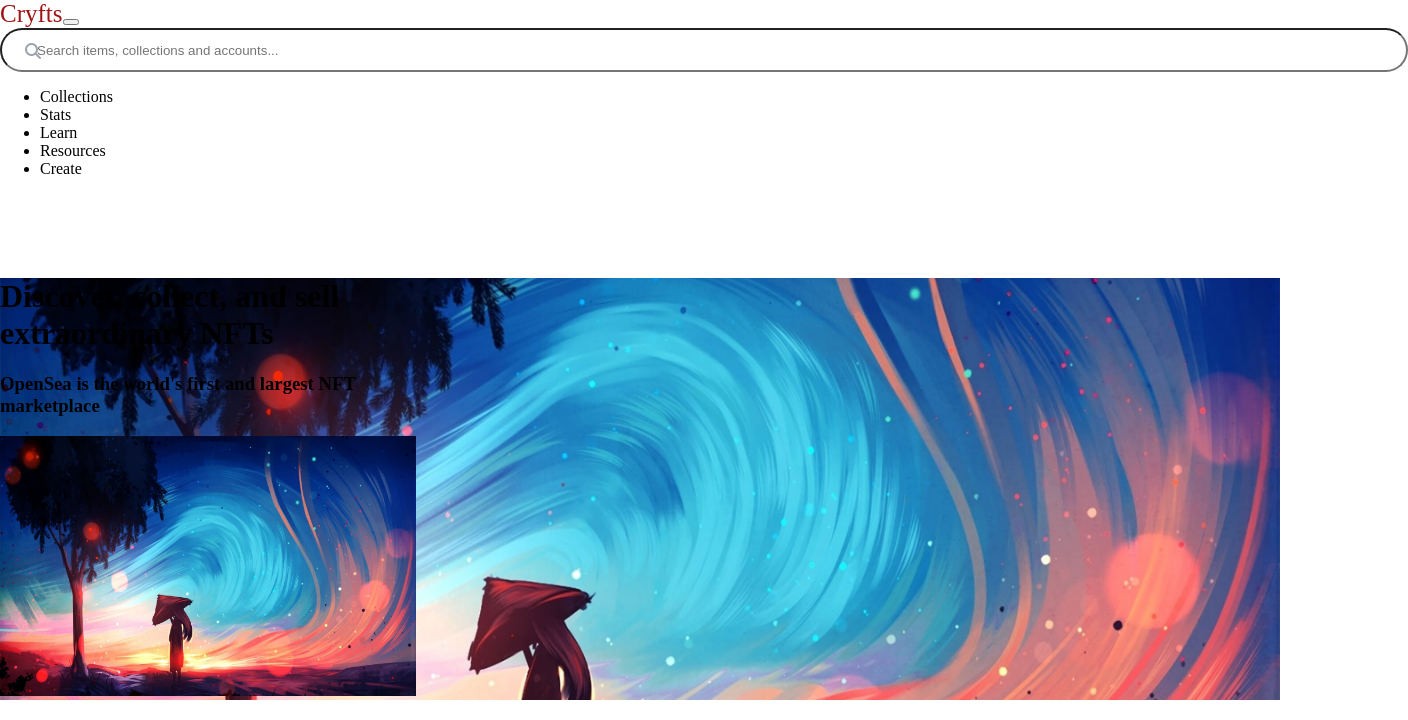
Repository: Huzaifa-2609/opensea_project
Page: /
The author's editor kept a copy of each file at every save. The page is drawn from the files as they stood at one save, then again after the next save.
The browser window is 1280 px wide. The page is 1408 px wide, so the pictures cover 1408 px, including what lies to the right of the window. The pictures show the whole page.
Some web libraries are served in a nearby version. The project was rebuilt for these pictures with package versions that can differ from the ones it lists, and the page was loaded fresh each time. The framework's server and built-in components were replaced by stand-ins that run in the browser. Also part of the build but not shown: next.config.js, styles/Home.module.css.

Above is the page before, as saved 2022-07-09 18:04:22.

### pages/_app.js
import Navbar from '../components/Navbar'
import '../styles/globals.css'
import Head from "next/head"
import Script from 'next/script'
import "../styles/hero.css"
function MyApp({ Component, pageProps }) {
  return(
    <>
    <Script src="https://kit.fontawesome.com/30bda3e318.js" crossorigin="anonymous"></Script>
    <Script src="https://cdn.jsdelivr.net/npm/bootstrap@5.2.0-beta1/dist/js/bootstrap.bundle.min.js" integrity="sha384-pprn3073KE6tl6bjs2QrFaJGz5/SUsLqktiwsUTF55Jfv3qYSDhgCecCxMW52nD2" crossOrigin="anonymous"></Script>
    <Navbar title={"Cryfts"}/>
  <Component {...pageProps} />
  </>
  )
}

export default MyApp

### pages/_document.js
import { Html, Head, Main, NextScript } from 'next/document'

export default function Document() {
  return (
    <Html>
      <Head>
      <link href="https://cdn.jsdelivr.net/npm/bootstrap@5.2.0-beta1/dist/css/bootstrap.min.css" rel="stylesheet" integrity="sha384-0evHe/X+R7YkIZDRvuzKMRqM+OrBnVFBL6DOitfPri4tjfHxaWutUpFmBp4vmVor" crossOrigin="anonymous"/>
      </Head>
      <body>
        <Main />
        <NextScript />
      </body>
    </Html>
  )
}

### pages/index.js
import Head from 'next/head'
import Image from 'next/image'
import Hero from '../components/Hero'
import styles from '../styles/Home.module.css'

export default function Home() {
  return (
    <>
    <div>
      <Head>
        <title>Create Next App</title>
        <meta name="description" content="Generated by create next app" />
        <link rel="icon" href="/favicon.ico" />
      </Head>
         </div>
      <Hero/>
      </>
  )
}

### components/Navbar.js
import React from 'react'
import Link from 'next/link'
import { useRouter } from 'next/router'
const Navbar = (props) => {
  const location=useRouter();
  return (
    <div>
      <nav className="navbar shadow-sm fixed-top navbar-expand-lg navbar-light">
  <div className="container-fluid">
    <a className="navbar-brand text-color fw-bolder ml-2" href="/">{props.title}</a>
    <button className="navbar-toggler" type="button" data-bs-toggle="collapse" data-bs-target="#navbarSupportedContent" aria-controls="navbarSupportedContent" aria-expanded="false" aria-label="Toggle navigation">
      <span className="navbar-toggler-icon"></span>
    </button>

    <div className="collapse navbar-collapse" style={{width:"50%"}} id="navbarSupportedContent">

            <div className="row height d-flex justify-content-center align-items-center">

                <div className="form">
                  <i className="fa fa-search"></i>
                  <input type="text" className="form-control form-input" placeholder="Search items, collections and accounts..."/>
                </div>

            </div>


      <ul className="navbar-nav gap-4 m-auto mb-2 mb-lg-0 fw-bold" style={location.pathname==="/signup"?{visibility:"hidden"}:{}}>
      <li className="nav-item">
          <Link href="/collections/0x7132e1d414161A232c2027aE6C66D7914649bA66"><a className="nav-link " aria-current="page" >Collections</a></Link>
        </li>
        <li className="nav-item">
          <Link href="/"><a className="nav-link" aria-current="page" >Stats</a></Link>
        </li>
        <li className="nav-item">
          <Link href="/"><a className="nav-link " >Learn</a></Link>
        </li>

        <li className="nav-item dropdown">
          <Link href="/"><a className="nav-link dropdown-toggle pe-none"  id="navbarDropdown" role="button" data-bs-toggle="dropdown" aria-expanded="false">
            Resources
          </a></Link>
          <ul className="dropdown-menu" aria-labelledby="navbarDropdown">
            <li><Link href="/"><a className="dropdown-item" >Action</a></Link></li>
            <li><Link href="/"><a className="dropdown-item" >Another action</a></Link></li>
            <li><hr className="dropdown-divider"/></li>
            <li><Link href="/"><a className="dropdown-item" >Something else here</a></Link></li>
          </ul>
        </li>
        <li className="nav-item">
          <Link  href="/"><a className="nav-link">Create</a></Link>
        </li>
      </ul >
      {/* <form className="d-flex" role="search">
        <ul className="navbar-nav gap-3 media" style={location.pathname==="/signup"?{display:"none"}:{}}>
      <li className="nav-item float-right">
          <Link href="/login"><a className="nav-link"  >Sign in</a></Link>
    </li>
      <li className="nav-item mx-2">
    <Link href='/signup'><a className="btn btn1 btn-primary bd-color bg-color"  style={location.pathname==="/signup"?{display:"none"}:{}} type="submit">Get Started</a></Link>
    </li>
        </ul>
      </form> */}
    </div>
  </div>
</nav>
    </div>
  )
}

export default Navbar

### styles/globals.css
:root {
  --light: #9f1313;
  --dark: #8d1212;
}
html,
body {
  padding: 0;
  margin: 0;
  /* font-family: -apple-system, BlinkMacSystemFont, Segoe UI, Roboto, Oxygen,
    Ubuntu, Cantarell, Fira Sans, Droid Sans, Helvetica Neue, sans-serif; */
}

a {
  color: inherit;
  text-decoration: none;
}

* {
  box-sizing: border-box;
}
@media all and (min-width: 992px) {
  .navbar .nav-item .dropdown-menu{ display: none; }
  .navbar .nav-item .nav-link{ border-bottom:3px solid white;  }
  .navbar .nav-item:hover .nav-link{ border-bottom:3px solid var(--light);  }
  .navbar .nav-item:hover .dropdown-menu{ display: block; }
  .navbar .nav-item .dropdown-menu{ margin-top:0; }


}
@media all and (max-width: 992px){
  .pic{display: none;}
  .signup-cls{   margin-top: 15% !important;}
  .signin-cls .card{border:none; box-shadow: none !important;}
  .media{display: none;}
  .empass{flex-direction: column ;}
}

nav {
  /* border-bottom:1px solid #ede4e4; */
  background-color: white;
}
.comp1{
  width: 22rem;
  border: none;

}
.comp{
  margin: 90px 0px;
}
.text-color{
  color: var(--dark);
}
.bg-color{
  background-color: var(--dark);
}
.btn1:hover{
  background-color: var(--light);
  border-color: var(--dark);

}
.bd-color{
  border-color: var(--dark);
}
.navbar-light .navbar-brand{
  color: var(--dark);
}
.navbar-light .navbar-brand:hover{
  color: var(--light);
}
.navbar-brand{
  font-size: 25px;
}
.link-hover :hover{
  color: var(--dark);
}
.form-check-label-color{
  color: var(--dark);
}
.form-outline{
  width: 75%!important;
}
.form-control:focus {
  border-color: #ced4da;
  box-shadow: none!important;
}

/* Navbar search css */
.form{
  position: relative;

}

.form .fa-search{

  position: absolute;
  top:15px;
  left: 25px;
  color: #9ca3af;

}

.form span{

  position: absolute;
  right: 17px;
  top: 13px;
  padding: 2px;
  border-left: 1px solid #d1d5db;

}

.left-pan{
  padding-left: 7px;
}

.left-pan i{

 padding-left: 10px;
}

.form-input{
  width: 220%;
  height: 44px;
  text-indent: 33px;
  border-radius: 40px;
}

.form-input:focus{

  box-shadow: none;
  border:none;
}

### styles/hero.css
/* .body{
} */
.bg{
    background: url("../public/nftbg.jpg") no-repeat center center/cover;
}

### components/Hero.js
import React from "react";
import Image from "next/image";
import img from "../public/nftbg.jpg";

const Hero = () => {
  const style = {
    background: img,
    marginTop: "100px",
  };
  return (
    <>
      <div className="container d-flex justify-content-between bg " style={style}>
        <div className="card mb-3 border-0 " style={{ width: "26rem"}}>
          <div className="card-body">
            <h1 className="card-title">Discover, collect, and sell extraordinary NFTs</h1>
            <h3 className="card-subtitle text-muted mt-3">
            OpenSea is the world's first and largest NFT marketplace
            </h3>
          </div>
        </div>
        <div className="card mb-3 border-0 " style={{ width: "26rem"}}>
          <Image src={img} className="card-img-top" alt="..."/>
          {/* <div className="card-body">
            <h1 className="card-title">Discover, collect, and sell extraordinary NFTs</h1>
            <h3 className="card-subtitle text-muted mt-3">
            OpenSea is the world's first and largest NFT marketplace
            </h3>
          </div> */}
        </div>
      </div>
    </>
  );
};

export default Hero;

After the next save:
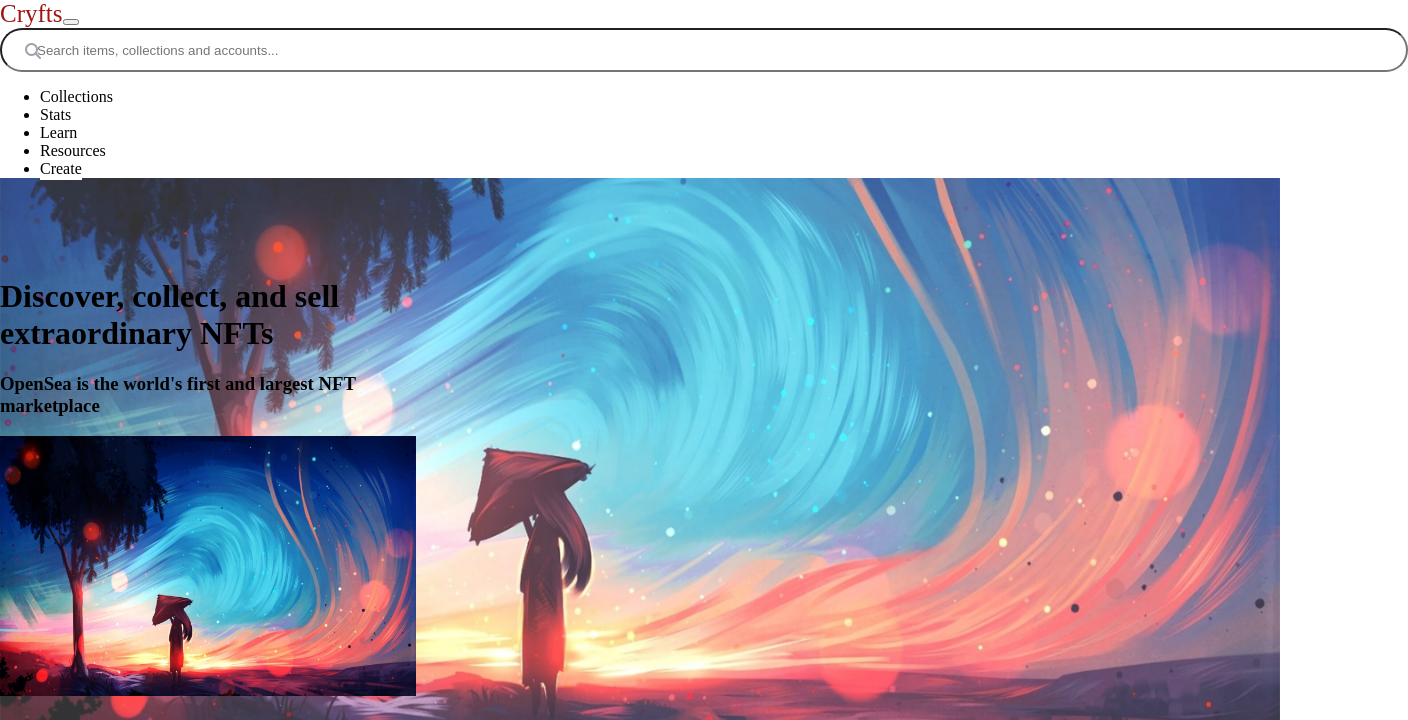
Saved 43 s later.
--- a/styles/hero.css
+++ b/styles/hero.css
@@ -1,5 +1,16 @@
 /* .body{
 } */
-.bg{
+/* .bg{
     background: url("../public/nftbg.jpg") no-repeat center center/cover;
+} */
+.bg::before{
+    content: "";
+    background:url("../public/nftbg.jpg") no-repeat center center/cover;
+    position: absolute;
+    height:100%;
+    width:100%;
+    z-index: -1;
+    opacity: 0.8;
+    top: 0px;
+    left: 0px;
 }
